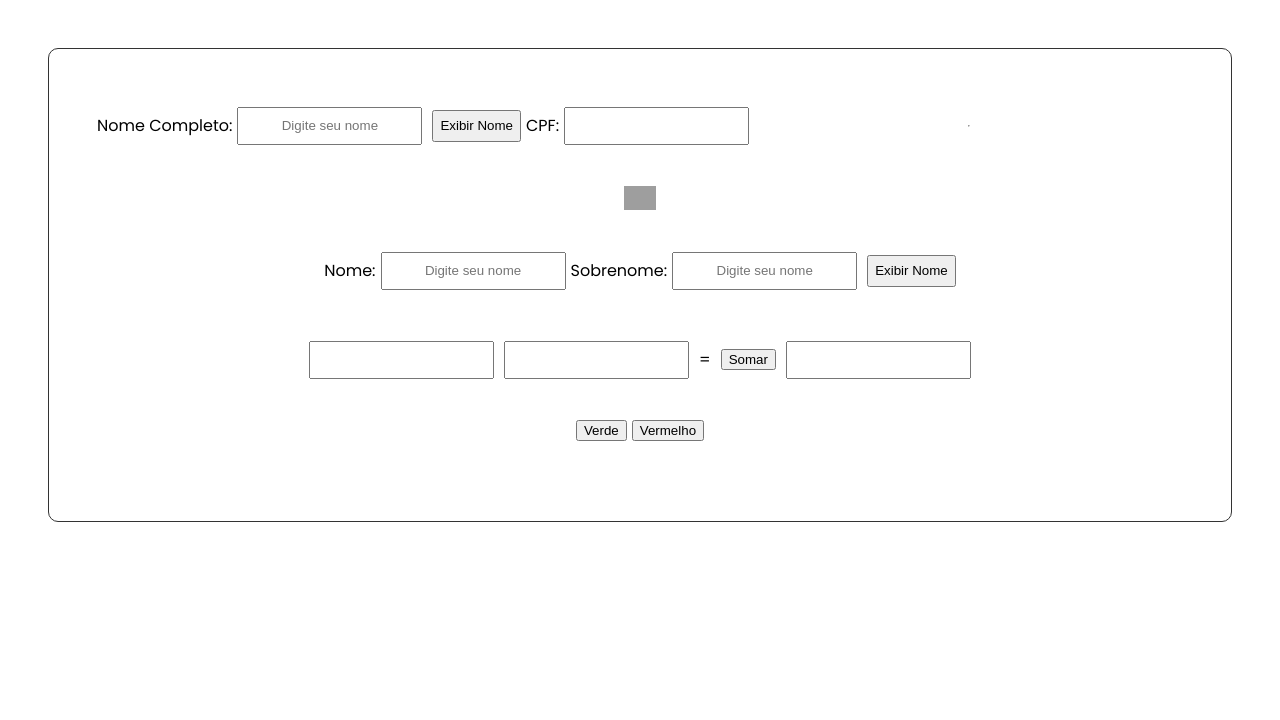
Repository: guilhermecardoso93/exerciciosjs
Page: index.html
The author's editor kept a copy of each file at every save. The page is drawn from the files as they stood at one save, then again after a run of saves.
The browser window is 1280 px wide. The pictures show the whole page.
Pictures or frames that could not be fetched are drawn as grey boxes.

Above is the page before, as saved 2023-05-20 13:34:34.

### index.html
<!DOCTYPE html>
<html lang="pt-Br">
  <head>
    <meta charset="UTF-8" />
    <meta http-equiv="X-UA-Compatible" content="IE=edge" />
    <meta name="viewport" content="width=device-width, initial-scale=1.0" />
    <link rel="preconnect" href="https://fonts.googleapis.com" />
    <link rel="preconnect" href="https://fonts.gstatic.com" crossorigin />
    <link rel="stylesheet" href="styles.css" />
    <link
      href="https://fonts.googleapis.com/css2?family=Poppins:wght@400;500&display=swap"
      rel="stylesheet"
      />
    <title>40 - exercícios de JS</title>
  </head>
  <body>
    <div class="NameDiv">
      <p>Nome Completo:</p>
      <input type="text" name="name" id="name" placeholder="Digite seu nome" />
      <br />
      <input type="button" value="Exibir Nome" id="exibir-nome" />
      <p>CPF:</p>
      <input maxlength="14" id="cpf" />
      <hr />
    </div>
    <div>
      <img id="lamp" src="https://www.w3schools.com/js/pic_bulboff.gif" />
    </div>
    <div class="fullNameDiv">
      <p>Nome:</p>
      <input
        type="text"
        name="name-2"
        id="name-2"
        placeholder="Digite seu nome"
        />
      <p>Sobrenome:</p>
      <input
        type="text"
        name="fullname"
        id="fullname"
        placeholder="Digite seu nome"
        />
      <br />
      <input type="button" value="Exibir Nome" id="exibir-nome-convidado" />
    </div>
    <div>
      <input type="text" id="number-1" maxlength="5"><br><br>
      <input type="text" id="number-2" maxlength="5"><br><p>=</p><br>

      <button id="buttonSoma">Somar</button><br><br>

      <input type="text" id="result" maxlength="5">
    </div>
    <div class='container'>
      <button id="greenButton">Verde</button>
      <button id="redButton">Vermelho</button>
    </div>
  </body>
  <script src="./script.js"></script>
</html>

### styles.css
body {
  font-family: "Poppins", sans-serif;
  margin: 3rem;
  border: 1px solid #333;
  border-radius: 10px;
  padding: 3rem;
}

#lamp {
  cursor: pointer;
  cursor: hand;
  width: 2rem;
}

body input {
  height: 2rem;
  text-align: center;
}

div {
  display: flex;
  gap: 5px;
  align-items: center;
  justify-content: center;
  margin-bottom: 2rem;
}

#container {
  width: 500px;
  height: 200px;
  border: 1px solid red;
}

### script.js
//alert('Hello World!');
const conta = `valor de 2 + 2 é`;
//alert(`${conta} ${2 + 2}` )

const buttonShowName = document.getElementById("exibir-nome");

buttonShowName.addEventListener("click", () => {
  const inputValue = document.getElementById("name").value;
  alert(`Meu nome Completo é ${inputValue}`);
  alert(`A quantidade de letras no seu nome é de ${inputValue.length}`);
});

function turnOnOff() {
  var image = document.getElementById("lamp").src;
  var lampOn = "https://www.w3schools.com/js/pic_bulbon.gif";
  var lampOff = "https://www.w3schools.com/js/pic_bulboff.gif";

  if (image == lampOn) {
    document.getElementById("lamp").src = lampOff;
  } else {
    document.getElementById("lamp").src = lampOn;
  }
}
document.getElementById("lamp").addEventListener("mouseover", turnOnOff);
//document.getElementById("lamp").addEventListener("click", turnOnOff);

const buttonShowFullName = document.getElementById("exibir-nome-convidado");

buttonShowFullName.addEventListener("click", () => {
  const inputValueName = document.getElementById("name-2").value;
  const inputValueFullName = document.getElementById("fullname").value;
  alert(`Meu nome Completo é ${inputValueName} ${inputValueFullName}`);
});

const cpf = document.querySelector("#cpf");

cpf.addEventListener("keyup", () => {
  let value = cpf.value
    .replace(/[^0-9]/g, "")
    .replace(/^([\d]{3})([\d]{3})?([\d]{3})?([\d]{2})?/, "$1.$2.$3-$4");

  cpf.value = value;
});

  const number1 = document.getElementById('number-1');
  const number2 = document.getElementById('number-2');
  const resultField = document.getElementById("result");
  const buttonSomar = document.getElementById("buttonSoma");


  buttonSomar.addEventListener("click", () => {
    somaTotal();
  });

function somaTotal() {
  let number1Value = parseInt(number1.value);
  let number2Value = parseInt(number2.value);

  const soma = number1Value + number2Value

  document.getElementById('result').value = soma
}

//comentário


function changeBack(){
  let container = document.getElementById('container');
  container.style.backgroundColor = '#333'
}

const greenButton = document.getElementById('greenButton').addEventListener('click', () => {
  changeBack();
});
const redButton = document.getElementById('redButton')

After the next 2 saves:
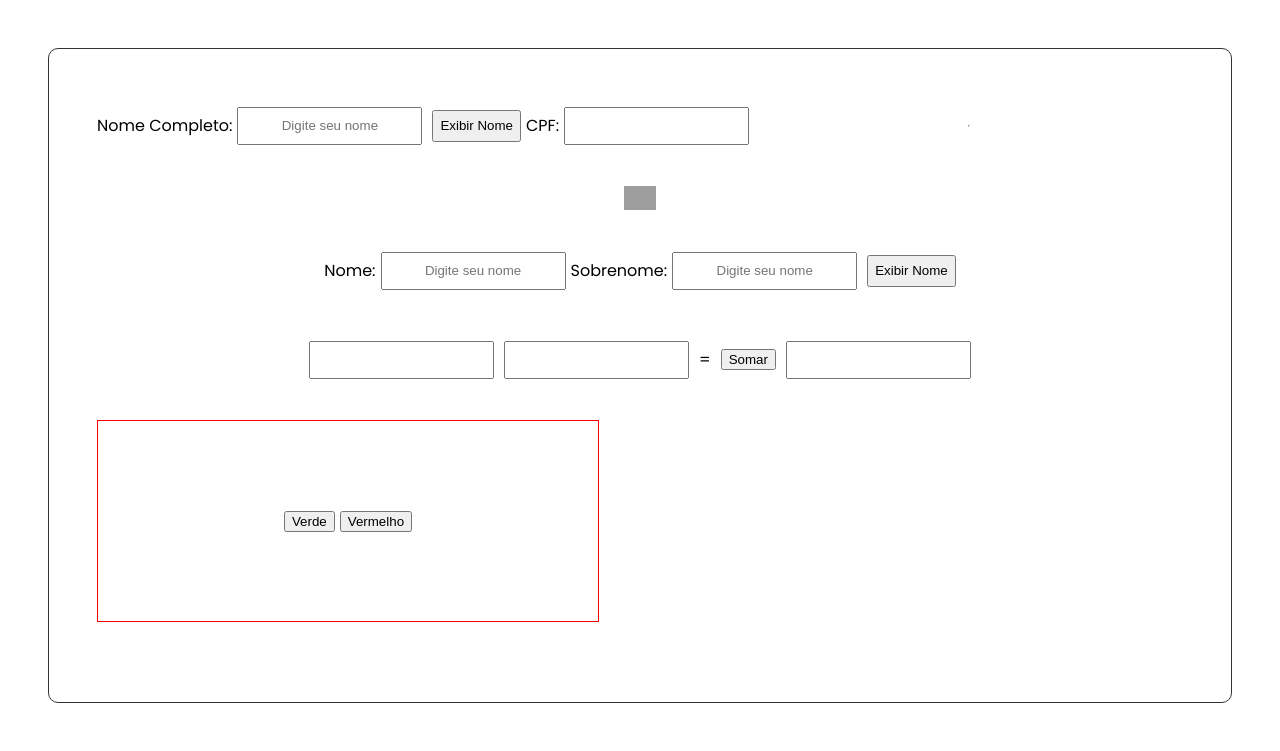
The 2 saves are shown as one change because they came seconds apart.
The last was saved 6 s later.
--- a/index.html
+++ b/index.html
@@ -52,7 +52,8 @@
 
       <input type="text" id="result" maxlength="5">
     </div>
-    <div class='container'>
+    <div id='container'>
+
       <button id="greenButton">Verde</button>
       <button id="redButton">Vermelho</button>
     </div>
